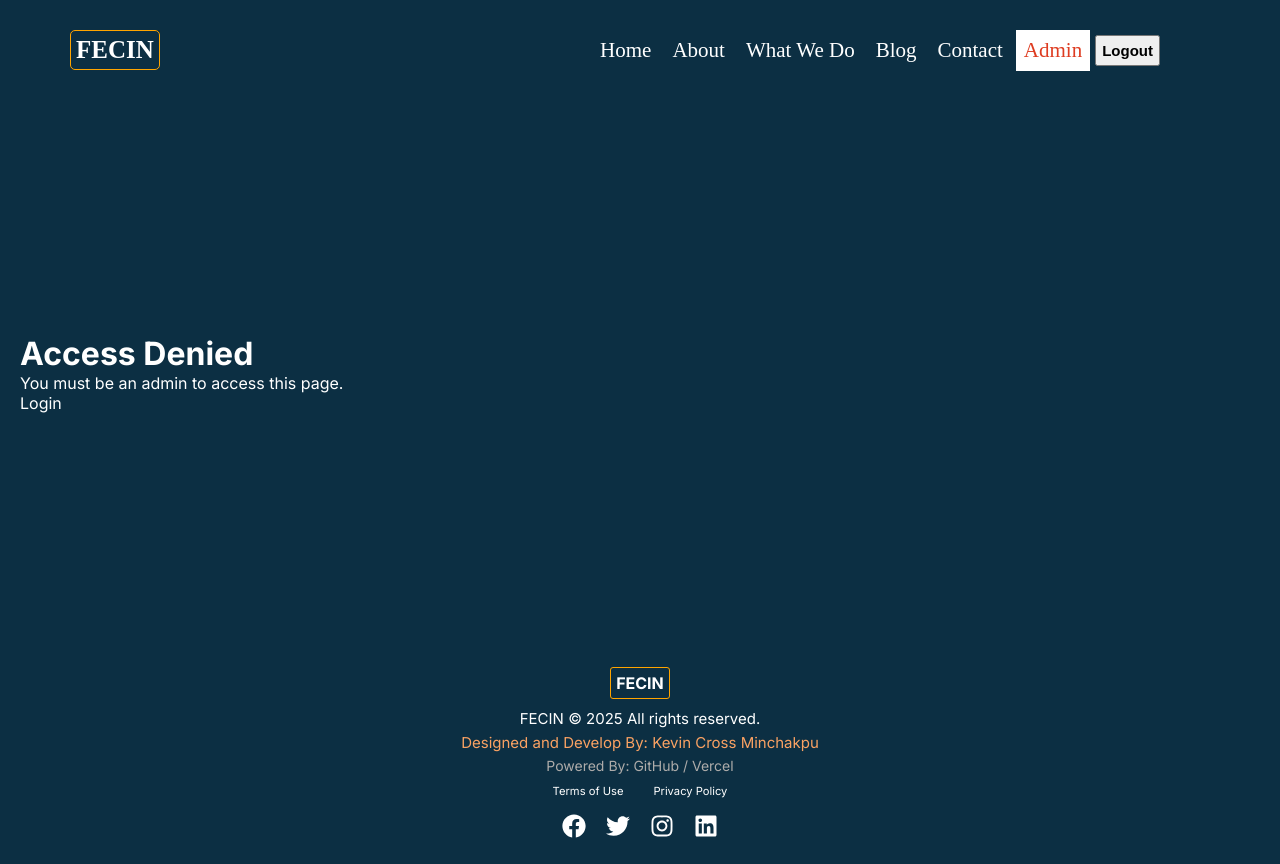
Repository: KCMinchakpu/fecin-projectgs497
Page: /admin
These files come from the project's save history. The page is drawn as it stood at one moment and after the next save; the edit follows.
The browser window is 1280 px wide. The pictures show the whole page.
The page's requests for data from a server got no answer. The project was rebuilt for these pictures with package versions that can differ from the ones it lists, and the page was loaded fresh each time. The framework's server and built-in components were replaced by stand-ins that run in the browser. No one was signed in, and anything a server would have sent is missing. Also part of the build but not shown: next.config.mjs.

Above is the page before, as saved 2025-04-12 10:54:18.

After the next save:
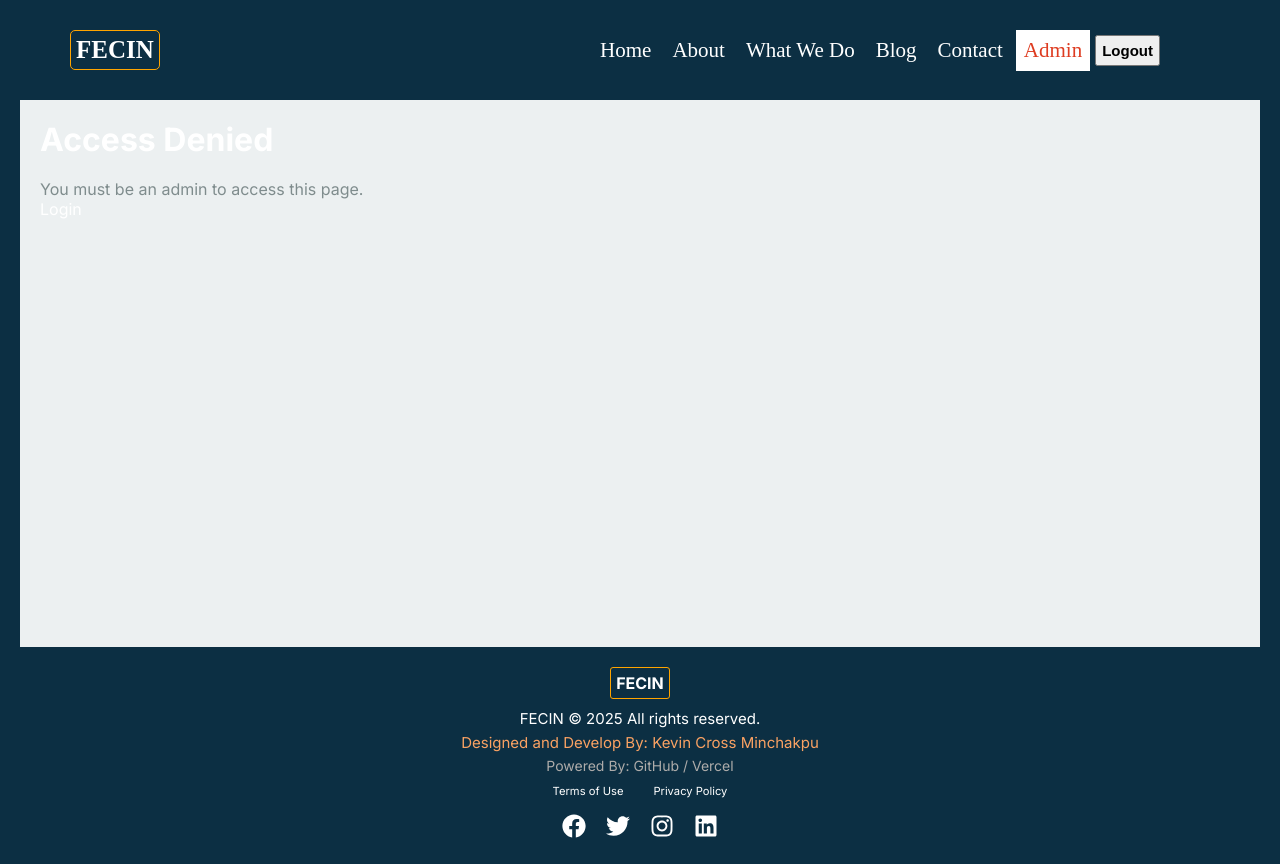
Saved 82 s later.
--- a/src/app/admin/page.jsx
+++ b/src/app/admin/page.jsx
@@ -9,7 +9,7 @@ const AdminPage = async () => {
   // If there's no session, redirect to login
   if (!session || session.user.role !== "admin") {
     return (
-      <div className={styles.centeredContainer}>
+      <div className={styles.mainContent}>
       <h1>Access Denied</h1>
       <p>You must be an admin to access this page.</p>
       <Link href="/login" className={styles.loginButton}>
